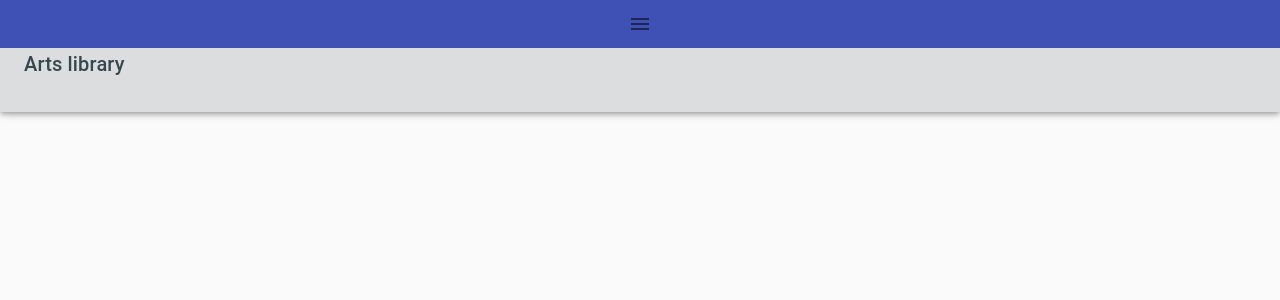
Repository: milosKomiRajkovic94/library-of-known-art
Page: /
An editor plug-in stored every save of this project. The page is shown before and after the next save, followed by the edit.
The browser window is 1280 px wide. The pictures show the whole page.
The project was rebuilt for these pictures with package versions that can differ from the ones it lists, and the page was loaded fresh each time.

Above is the page before, as saved 2020-03-05 11:04:19.

After the next save:
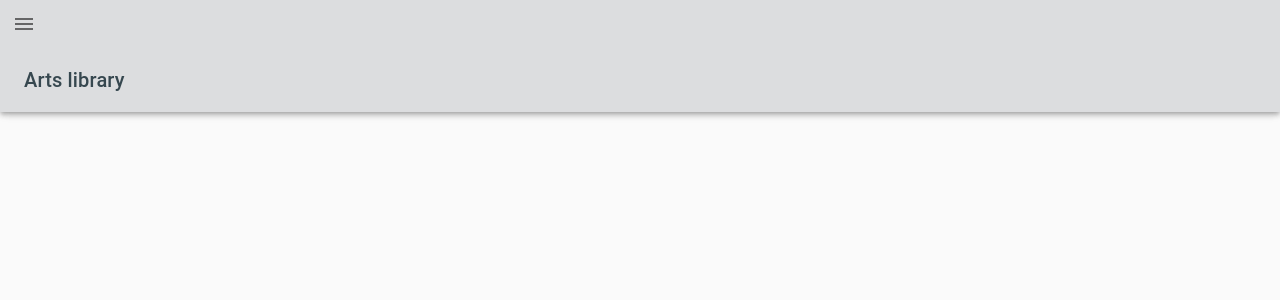
Saved 45 s later.
--- a/src/scss/_header.scss
+++ b/src/scss/_header.scss
@@ -1,5 +1,10 @@
 .MuiToolbar-root.MuiToolbar-regular.toolbar.MuiToolbar-gutters {
     background-color: #DCDDDF;
     color: #36474F;
+}
+
+header.MuiPaper-root.MuiAppBar-root.MuiAppBar-positionFixed.MuiAppBar-colorPrimary.appBar.mui-fixed.MuiPaper-elevation4 {
     display: inline-block;
+    background-color: #DCDDDF;
+    color: #36474F;
 }
